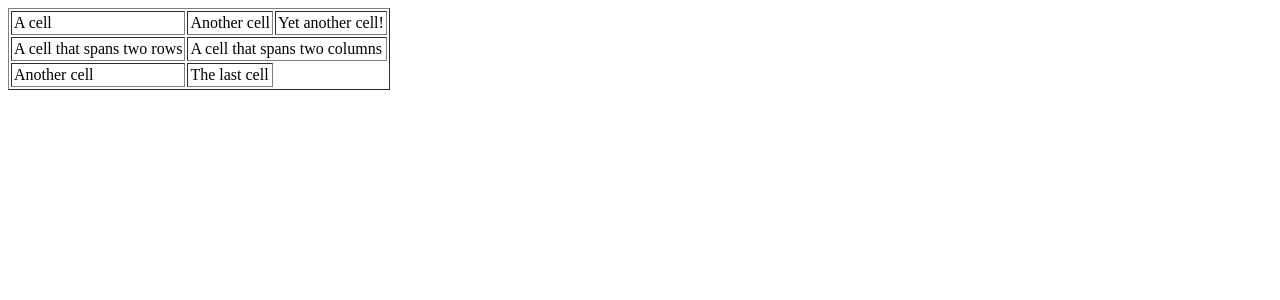
Repository: wakoya-tech/Node.js
Page: Desktop/Node-js/okey.html
These files come from the project's save history. The page is drawn as it stood at one moment and after the next save; the edit follows.
The browser window is 1280 px wide. The pictures show the whole page.

Above is the page before, as saved 2025-11-13 11:35:49.

### Desktop/Node-js/okey.html
<!DOCTYPE html>
<html lang="en">
<head>
    <meta charset="UTF-8">
    <meta name="viewport" content="width=device-width, initial-scale=1.0">
    <title>Document</title>
</head>
<body>
    <table border="1" cellpadding="2">
        <tr>
        <td>A cell</td>
        <td>Another cell</td>
        <td>Yet another cell!</td>
        </tr>
        <tr>
        <td rowspan="1">A cell that spans two rows</td>
        <td colspan="2">A cell that spans two columns</td>
        </tr>
        <tr>
        <td>Another cell</td>
        <td>The last cell</td>
        </tr>
    </table>
</body>
</html>

After the next save:
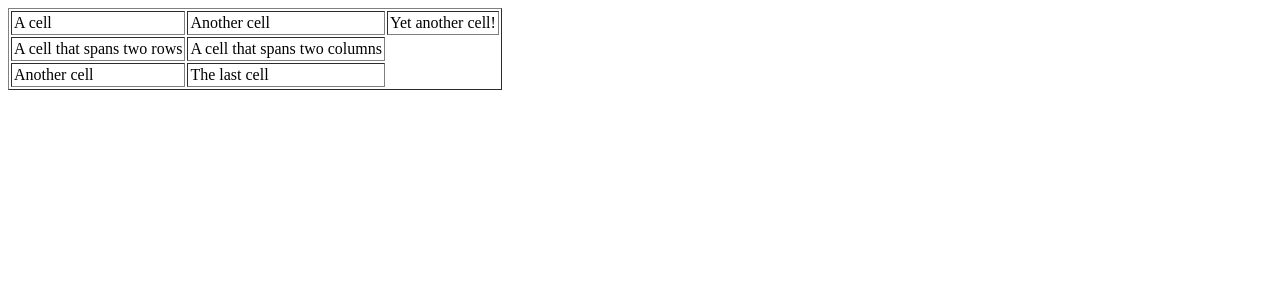
Saved 9 s later.
--- a/Desktop/Node-js/okey.html
+++ b/Desktop/Node-js/okey.html
@@ -14,7 +14,7 @@
         </tr>
         <tr>
         <td rowspan="1">A cell that spans two rows</td>
-        <td colspan="2">A cell that spans two columns</td>
+        <td colspan="1">A cell that spans two columns</td>
         </tr>
         <tr>
         <td>Another cell</td>
